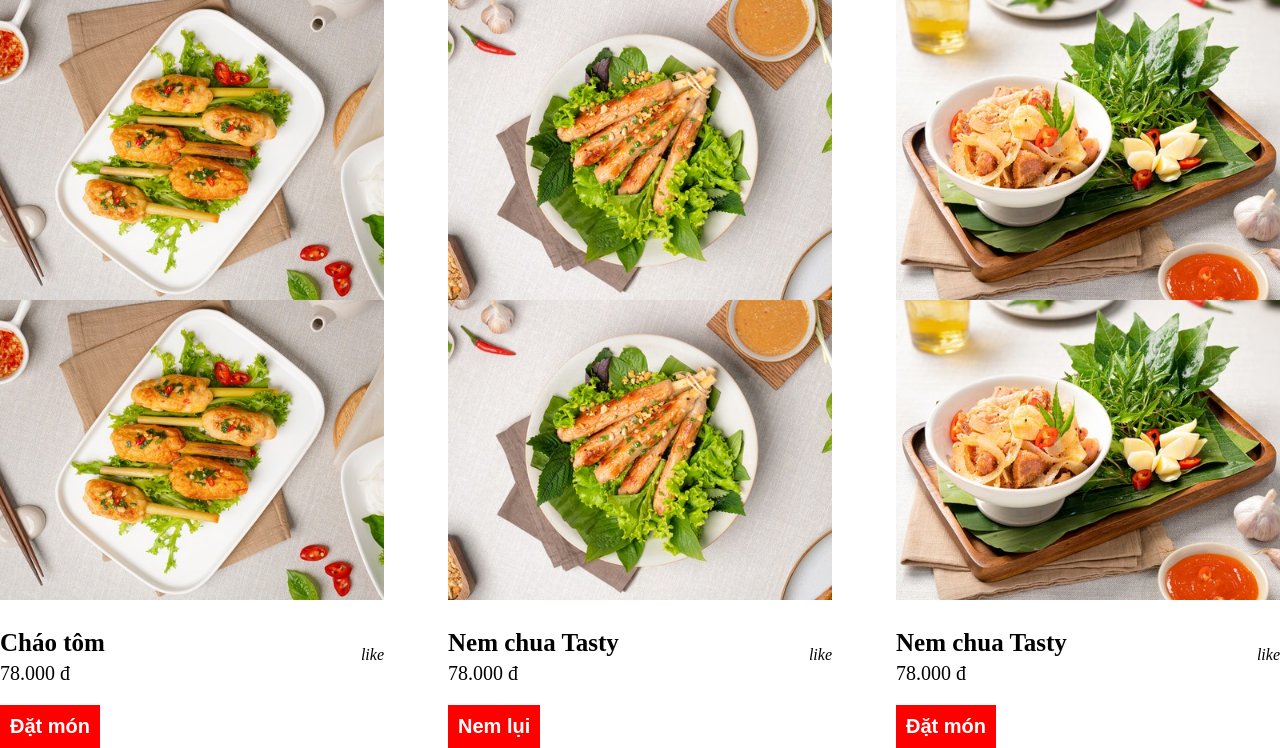
Repository: khoitq-acl/dolphin-restaurant
Page: index.html
An editor plug-in stored every save of this project. The page is shown before and after the next save, followed by the edit.
The browser window is 1280 px wide. The pictures show the whole page.

Above is the page before, as saved 2023-06-01 16:15:23.

After the next save:
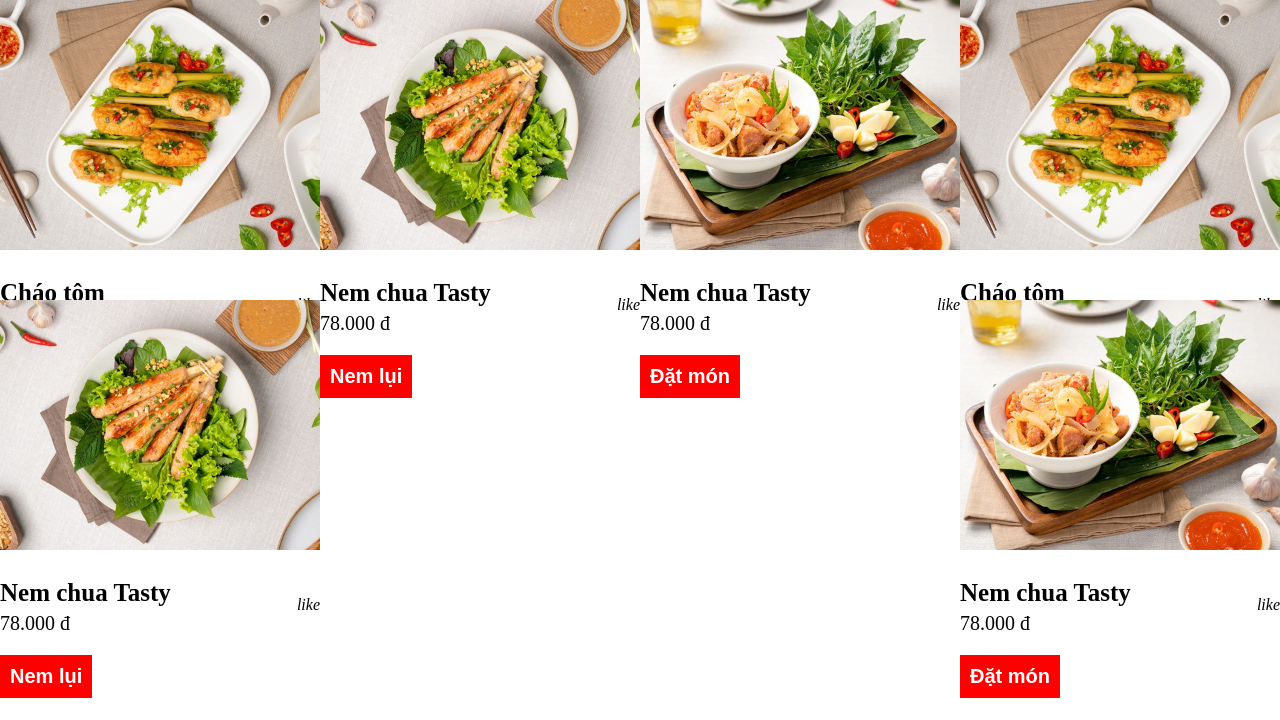
Saved 33 s later.
--- a/style.css
+++ b/style.css
@@ -6,8 +6,7 @@
 .item-row {
     display: flex;
     justify-content: space-between;
-    /* padding: 40px; */
-    /* gap: 20px; */
+
     flex-wrap: wrap;
 }
 .item {
@@ -17,7 +16,7 @@
     vw : viewport of width
     100vw
     */
-    width: 30vw;
+    width: 25vw;
 }
 
 img, .img img {
